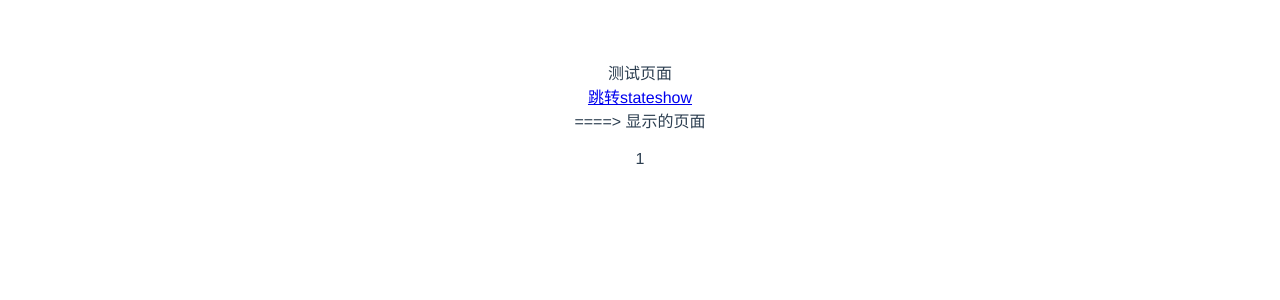
Repository: tianyige21/course-vue
Page: /#/test
These files come from the project's save history. The page is drawn as it stood at one moment and after the next save; the edit follows.
The browser window is 1280 px wide. The pictures show the whole page.
The project was rebuilt for these pictures with package versions that can differ from the ones it lists, and the page was loaded fresh each time. Also part of the build but not shown: vue.config.js, src/views/home.vue.

Above is the page before, as saved 2021-10-21 16:58:00.

### src/main.js
import Vue from 'vue'
import App from './App.vue'
import router from '../src/router'
import store from '@/store/index.js'
import axios from 'axios'
import ElementUI from 'element-ui'
import "element-ui/lib/theme-chalk/index.css";


Vue.config.productionTip = false


Vue.prototype.$axios = axios

Vue.use(ElementUI)

new Vue({
  render: h => h(App),
  router,
  store
}).$mount('#app')

### src/App.vue
<template>
  <div id="app">
    <!-- 这个是 -->
    <router-view></router-view>
  </div>
</template>

<script>
export default {
  name: 'App',
  components: {
  }
}
</script>

<style>
#app {
  font-family: Avenir, Helvetica, Arial, sans-serif;
  -webkit-font-smoothing: antialiased;
  -moz-osx-font-smoothing: grayscale;
  text-align: center;
  color: #2c3e50;
  margin-top: 60px;
}
</style>

### src/router/index.js


import Vue from 'vue'
import Router from 'vue-router'
import Test from '@/views/test.vue';
import Home from '@/views/home.vue'
// import MachineData from '@/views/machineData.vue'

Vue.use(Router)

export default new Router({
  routes: [{
    path: '/',
    name: 'Home',
    component: Home
    /***
     * path    定义具体路径
     * name  设置名称
     * component  具体组件，通过import 引入相应文件
     * redirect  重定向，访问/test，URL直接跳转至 /XXXX （对应的页面）
     * alias  别名 访问/demo2 URL保持不变，实际访问 /test
     */
  },
  {
    path: '/test',
    name: 'test',
    component: Test,
    alias:'/demo2'
  },
  {
    path: '/machinedata',
    name: 'machineData',
    component:() => import('../views/machineData.vue') //
  },
  {
    path: '/stateshow',
    name: 'stateshow',
    component: ()=>import('../views/stateshow.vue'),
  }]
})

### src/store/index.js
import Vue from 'vue'
import Vuex from 'vuex'

Vue.use(Vuex)

export default new Vuex.Store({
  state: {
    count:1
  },
  mutations: {
     increment (state) {
      // 变更状态
      state.count++
    }
  },
  actions: {
    increment(context){
      context.commit('increment')
    }
  },
  modules: {},
})

### src/views/test.vue
<!--  -->
<template>
  <div>
    测试页面
    <br />
    <router-link :to="{ path: '/stateshow' }">跳转stateshow</router-link>
    <div v-show="state">
      ====> 显示的页面
    </div>
    <br />
    {{count}}
  </div>
</template>

<script>
export default {
  name: 'Test',
  props: {

  },
  data () {
    return {
      state:true
    }
  },
  components: {

  },
  computed: {
    count () {
      return this.$store.state.count
    }
  },
  watch: {

  },
  methods: {

  },
  beforeMount () {

  },
  mounted () {

  },
  activated () {

  }
}
</script>
<style  >
/* @import url(); 引入css类 */
</style>

Loaded but not shown: public/index.html (common file)

After the next save:
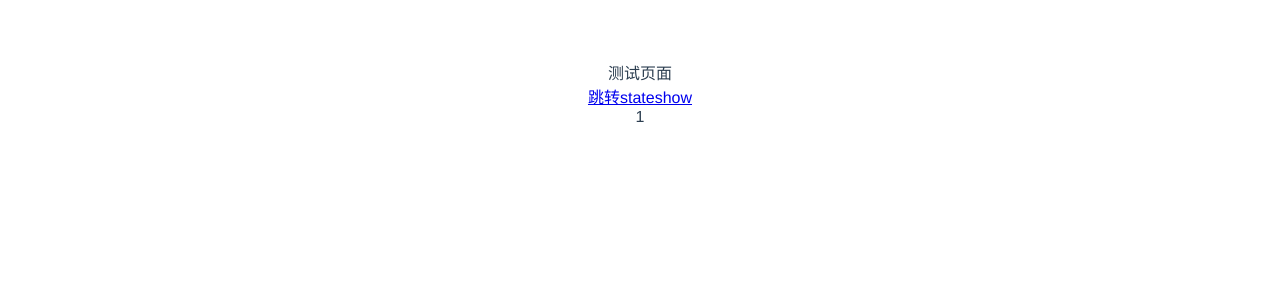
Saved 10 s later.
--- a/src/views/test.vue
+++ b/src/views/test.vue
@@ -20,7 +20,7 @@ export default {
   },
   data () {
     return {
-      state:true
+      state:false
     }
   },
   components: {
